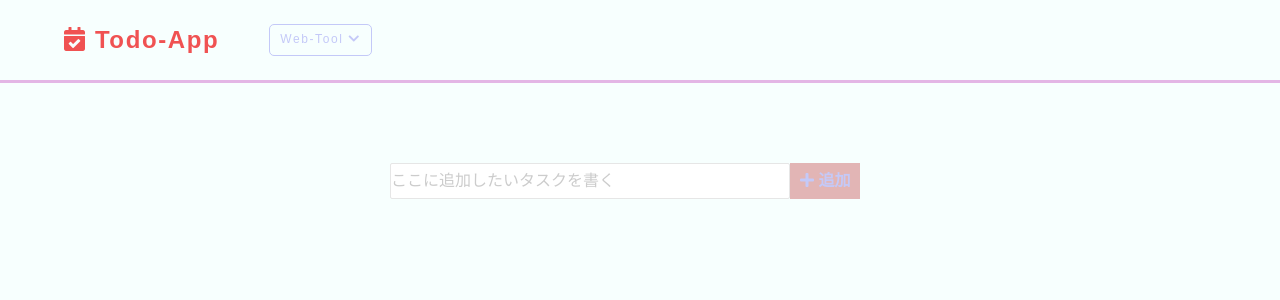
Repository: Hiroshii-m/todo_vue
Page: index.html
These files come from the project's save history. The page is drawn as it stood at one moment and after the next save; the edit follows.
The browser window is 1280 px wide. The pictures show the whole page.
The style sheet was rebuilt from its Sass, Less or Tailwind sources for each picture, by a compiler version that may differ from the author's.

Above is the page before, as saved 2021-06-26 18:21:46.

### index.html
<!DOCTYPE html>
<html lang="en">
<head>
    <meta charset="UTF-8">
    <meta http-equiv="X-UA-Compatible" content="IE=edge">
    <meta name="viewport" content="width=device-width, initial-scale=1.0">
    <link rel="stylesheet" href="node_modules/@fortawesome/fontawesome-free/css/all.css">
    <link rel="stylesheet" href="dist/css/style.css">
    <title>TODO APP Vue</title>
</head>
<body class="u-bgColor-base">

    <!-- header -->
    <header id="l-header" class="u-border-bottom">
        <div class="c-header">
            <h2 class="c-header__home">
                <i class="fas fa-calendar-check"></i>
                <a class="c-header__text" href="">Todo-App</a>
            </h2>
            <h3 class="c-header__other">
                Web-Tool
                <i class="fas fa-chevron-down"></i>
            </h3>
        </div>
    </header><!-- /header -->

    <!-- main -->
    <section id="l-main">
        <div class="c-main">
            <div id="l-addTask">
                <div class="c-addTask">
                    <input type="text" class="c-addTask__input" placeholder="ここに追加したいタスクを書く">
                    <button class="c-addTask__add">
                        <i class="fas fa-plus"></i>
                        追加
                    </button>
                </div>
            </div>
            <div id="l-search"></div>
            <div id="l-list"></div>
        </div>
    </section>
    <!-- /main -->

</body>
</html>

### src/scss/style.scss

// ======================================
// foundation
// ======================================
@use 'foundation/reset';
@use 'foundation/variables';
@use 'foundation/base';
// ======================================
// layout
// ======================================
#l-header {
    width: 100%;
}
#l-main {
    padding: 80px;
}
// ======================================
// object
// ======================================
// Component
// **************************************
.c-header {
    width: 90%;
    height: 80px;
    margin: 0 auto;
    display: flex;
    align-items: center;
    &__home {
        margin-right: 50px;
        font-weight: bold;
        color: var(--color_red);
        font-size: var(--font-size_xl);
    }
    &__other {
        font-size: var(--font-size_s);
        padding: var(--space_s) var(--space_m);
        border: 1px solid var(--font-color_default);
        border-radius: 5px;
        cursor: pointer;
    }
}
.c-main {
    width: var(--site-width_xxl);
    margin: 0 auto;
}
.c-addTask {
    display: flex;
    max-width: 500px;
    margin: 0 auto;
    &__input {
        width: 80%;
        border: 1px solid var(--border-color_default);
        border-radius: 2px;
    }
    &__add {
        background: rgb(226, 181, 181);
        padding: var(--space_s) var(--space_m);
        font-weight: bold;
    }
}
// Project
// **************************************
// Utility
// **************************************
.u-border {
    &-bottom {
        border-bottom: 3px solid var(--color_accent);
    }
}
.u-bgColor {
    &-base {
        background: var(--color_base);
    }
}

### src/scss/foundation/_variables.scss
:root {
    --font-color_default: #c4c9f8;
    --color_base: #F7FFFE;
    --color_accent: #E3B6E5;
    --color_green: #C3E8C7;
    --color_sky: #C8E4F4;
    --color_red: #F05252;
    --color_blue: #25A1EF;
    --border-color_default: #E6E6E6;


    --site-width_xxl: 780px;
    --site-width_xl: 680px;
    --site-width_md: 580px;
    --site-width_ms: 414px;

    --font-size_s: 12px;
    --font-size_m: 14px;
    --font-size_default: 16px;
    --font-size_l: 18px;
    --font-size_xl: 24px;
    --font-size_xxl: 28px;
    --font-size_3l: 38px;


    --space_s: 5px;
    --space_m: 10px;
    --space_l: 15px;
    --space_xl: 20px;
    --space_xxl: 30px;
    --space_3l: 40px;

    --font-family_default: "メイリオ", sans-serif;
}

### src/scss/foundation/_base.scss
html, body {
    width: 100%;
    color: var(--font-color_default);
    line-height: 1.6;
    font-family: var(--font-family_default);
    letter-spacing: 0.1em;
}

p, a {
    -webkit-font-smoothing: antialiased;
}

img {
    width: 100%;
    height: 100%;
    vertical-align: bottom;
    object-fit: cover;
}

input {
    display: block;
    width: 100%;
    background: #fff;
}

textarea {
    resize: vertical;
    height: 30px;
}

::placeholder {
    color: #ccc;
}

iframe {
    width: 100%;
}

i {
    cursor: pointer;
}

Loaded but not shown: node_modules/@fortawesome/fontawesome-free/css/all.css (library); src/scss/foundation/_reset.scss (common file)

After the next save:
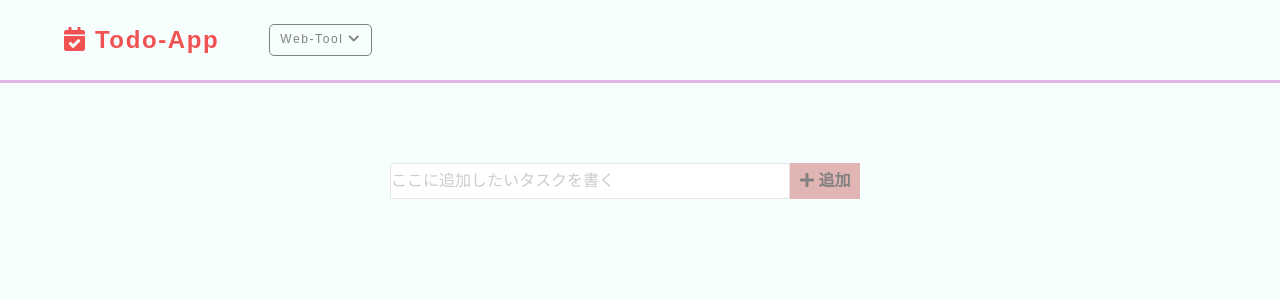
Saved 15 s later.
--- a/src/scss/foundation/_variables.scss
+++ b/src/scss/foundation/_variables.scss
@@ -1,5 +1,5 @@
 :root {
-    --font-color_default: #c4c9f8;
+    --font-color_default: #818181;
     --color_base: #F7FFFE;
     --color_accent: #E3B6E5;
     --color_green: #C3E8C7;
